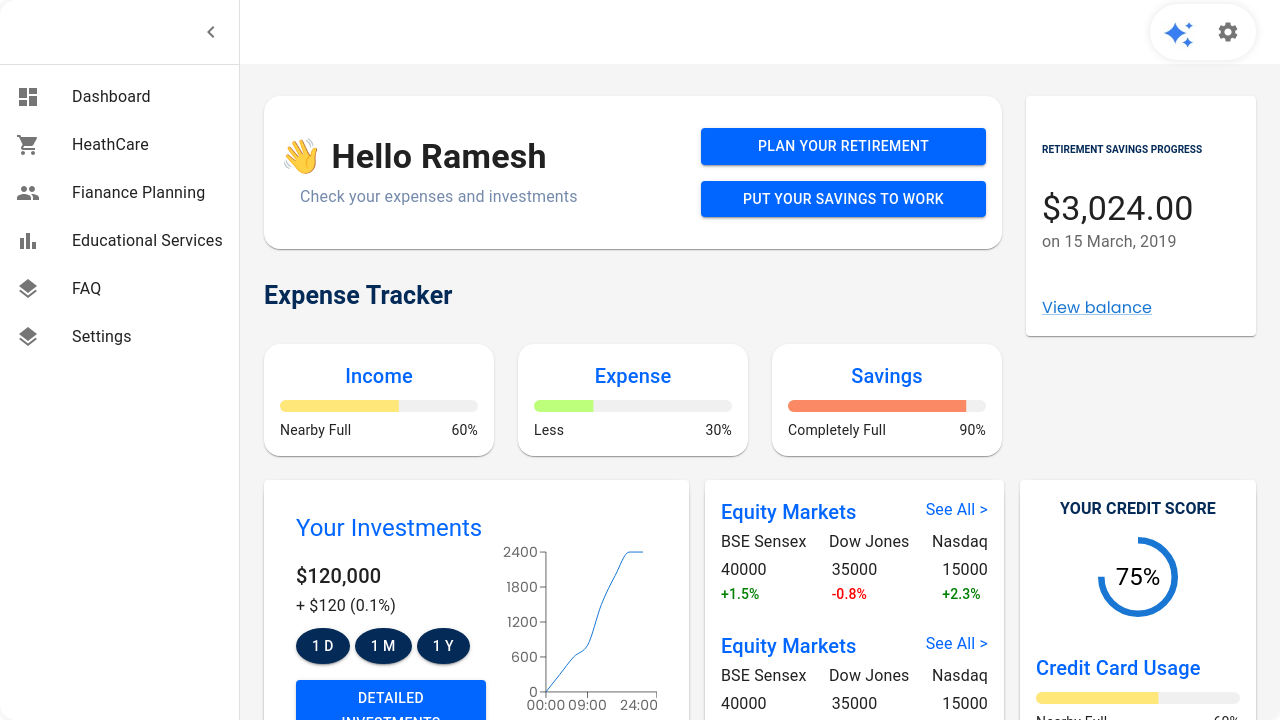
Repository: shubhampirate/TIAA_Retirement_hackathon
Page: /
These files come from the project's save history. The page is drawn as it stood at one moment and after the next save; the edit follows.
The browser window is 1280 px wide. The pictures show the whole page.
An inner scrolling area shows only its first screen. The project was rebuilt for these pictures with package versions that can differ from the ones it lists, and the page was loaded fresh each time. Also part of the build but not shown: src/Components/CustomButton.jsx, src/Components/Navbar.jsx, src/Components/Properties.jsx, src/Components/Footer.jsx, src/Components/Hero.jsx, src/pages/Sign_In.jsx.

Above is the page before, as saved 2023-11-15 15:07:00.

### src/index.css
@import url("https://fonts.googleapis.com/css2?family=Poppins:wght@400;500;700&display=swap");

* {
  margin: 0;
  padding: 0;
  box-sizing: border-box;
  font-family: "Poppins", sans-serif;
}

body {
  margin: 0;
  -webkit-font-smoothing: antialiased;
  -moz-osx-font-smoothing: grayscale;
}

code {
  font-family: source-code-pro, Menlo, Monaco, Consolas, "Courier New",
    monospace;
}

### src/App.jsx
import Hero from "./Components/Hero";
import SignIn from "./pages/Sign_In";
import Dashboard from "./Components/Dashboard";

function App() {
  return (
    <>
      {/* <Hero /> */}
      {/* <SignIn/> */}
      <Dashboard />
    </>
  );
}

export default App;

### src/Components/Dashboard.jsx
import * as React from 'react';
import { styled, createTheme, ThemeProvider } from '@mui/material/styles';
import CssBaseline from '@mui/material/CssBaseline';
import MuiDrawer from '@mui/material/Drawer';
import Box from '@mui/material/Box';
import MuiAppBar from '@mui/material/AppBar';
import Toolbar from '@mui/material/Toolbar';
import List from '@mui/material/List';
import Typography from '@mui/material/Typography';
import Divider from '@mui/material/Divider';
import IconButton from '@mui/material/IconButton';
// import Badge from '@mui/material/Badge';
import Container from '@mui/material/Container';
import Grid from '@mui/material/Grid';
import Paper from '@mui/material/Paper';
// import Link from '@mui/material/Link';
import MenuIcon from '@mui/icons-material/Menu';
import ChevronLeftIcon from '@mui/icons-material/ChevronLeft';
// import NotificationsIcon from '@mui/icons-material/Notifications';
import SettingsIcon from '@mui/icons-material/Settings';
import { mainListItems } from './listItems';
// import Chart from './Chart';
import Deposits from './Deposits';

import heroImg_3 from "../media/img_3.jpeg";
import Button from '@mui/material/Button';
import LinearProgress from '@mui/material/LinearProgress';
import YourComponent from './YourComponent';

  const Title = styled(Typography)(({ theme }) => ({
    fontSize: "25px",
    color: "#042A57",
    fontWeight: "bold",
    textAlign: "left",
    margin: theme.spacing(4, 0, 4, 0),
    [theme.breakpoints.down("sm")]: {
      fontSize: "30px",
    },
  }));
const drawerWidth = 240;

const AppBar = styled(MuiAppBar, {
  shouldForwardProp: (prop) => prop !== 'open',
})(({ theme, open }) => ({
  zIndex: theme.zIndex.drawer + 1,
  transition: theme.transitions.create(['width', 'margin'], {
    easing: theme.transitions.easing.sharp,
    duration: theme.transitions.duration.leavingScreen,
  }),
  ...(open && {
    marginLeft: drawerWidth,
    width: `calc(100% - ${drawerWidth}px)`,
    transition: theme.transitions.create(['width', 'margin'], {
      easing: theme.transitions.easing.sharp,
      duration: theme.transitions.duration.enteringScreen,
    }),
  }),
}));


const ProgressBarBox = ({ title, value }) => {
    let indicatorText = '';
    let color = '';

    if (value <= 30) {
      indicatorText = 'Less';
      color = '#BDFF7B';
    } else if (value <= 70) {
      indicatorText = 'Nearby Full';
      color = '#FFE779';
    } else {
      indicatorText = 'Completely Full';
      color = '#FC8965';
    }

    return (
      <Grid item xs={12} sm={6} md={4}>
        <Paper
          sx={{
            p: 2,
            display: 'flex',
            flexDirection: 'column',
            alignItems: 'center',
            borderRadius: '16px',
          }}
        >
          <Typography variant="h6" sx={{ mb: 1, color: "#0066FF" }}>
            {title}
          </Typography>
          <LinearProgress
          variant="determinate"
          value={value}
          sx={{
            width: '100%',
            height: '12px',
            borderRadius: '8px',
            backgroundColor: '#f0f0f0',
            marginBottom: '8px',
            '& .MuiLinearProgress-bar': {
              backgroundColor: color,
            },
          }}
        />

          <Box
          sx={{
            display: 'flex',
            justifyContent: 'space-between',
            width: '100%',

          }}
        >
          <Typography variant="body2">{indicatorText}</Typography>
          <Typography variant="body2">{value}%</Typography>
        </Box>
        </Paper>
      </Grid>
    );
  };
const Drawer = styled(MuiDrawer, { shouldForwardProp: (prop) => prop !== 'open' })(
  ({ theme, open }) => ({
    '& .MuiDrawer-paper': {
      position: 'relative',
      whiteSpace: 'nowrap',
      width: drawerWidth,
      transition: theme.transitions.create('width', {
        easing: theme.transitions.easing.sharp,
        duration: theme.transitions.duration.enteringScreen,
      }),
      boxSizing: 'border-box',
      ...(!open && {
        overflowX: 'hidden',
        transition: theme.transitions.create('width', {
          easing: theme.transitions.easing.sharp,
          duration: theme.transitions.duration.leavingScreen,
        }),
        width: theme.spacing(7),
        [theme.breakpoints.up('sm')]: {
          width: theme.spacing(9),
        },
      }),
    },
  }),
);

// TODO remove, this demo shouldn't need to reset the theme.
const defaultTheme = createTheme();

export default function Dashboard() {
  const [open, setOpen] = React.useState(true);
  const toggleDrawer = () => {
    setOpen(!open);
  };

  return (
    <ThemeProvider theme={defaultTheme}>
      <Box sx={{ display: 'flex', borderRadius: '16px', overflow: 'hidden', boxShadow: '0px 0px 10px rgba(0, 0, 0, 0.1)' }} >
        <CssBaseline />
        <AppBar position="absolute" open={open} sx={{ backgroundColor: "#fff", boxShadow: 'none' }}>
  <Toolbar
    sx={{
      pr: '24px', // keep right padding when drawer closed
      display: 'flex',
      alignItems: 'center',
      justifyContent: 'space-between',
    }}
  >
    <Box sx={{ display: 'flex', alignItems: 'center' }}>
      <IconButton
        edge="start"
        aria-label="open drawer"
        onClick={toggleDrawer}
        sx={{
          marginRight: '36px',
          ...(open && { display: 'none' }),
        }}
      >
        <MenuIcon />
      </IconButton>

    </Box>

    <Box sx={{ display: 'flex', alignItems: 'center', boxShadow: '0px 0px 10px rgba(0, 0, 0, 0.1)', borderRadius: '40px', padding: '8px' }}>
  {/* User profile image */}
  <img
    src={heroImg_3}
    alt="User Profile"
    style={{ borderRadius: '50%', width: '40px', height: '40px', marginRight: '10px' }}
  />

  {/* Settings button */}
  <IconButton >

    <SettingsIcon />
  </IconButton>
</Box>
  </Toolbar>
</AppBar>

        <Drawer variant="permanent" open={open}>
          <Toolbar
            sx={{
              display: 'flex',
              alignItems: 'center',
              justifyContent: 'flex-end',
              px: [1],
            }}
          >
            <IconButton onClick={toggleDrawer}>
              <ChevronLeftIcon />
            </IconButton>
          </Toolbar>
          <Divider />
          <List component="nav">
            {mainListItems}
            {/* <Divider sx={{ my: 1 }} /> */}
            {/* {secondaryListItems} */}
          </List>
        </Drawer>
        <Box
          component="main"
          sx={{
            backgroundColor: (theme) =>
              theme.palette.mode === 'light'
                ? theme.palette.grey[100]
                : theme.palette.grey[900],
            flexGrow: 1,
            height: '100vh',
            overflow: 'auto',

          }}
        >
          <Toolbar />
          <Container maxWidth="lg" sx={{ mt: 4, mb: 4 }}>
            <Grid container spacing={3}>

            <Grid item xs={12} md={8} lg={9}>
  <Paper
    sx={{
      p: 2,
      display: 'flex',
      flexDirection: 'column',
      alignItems: 'center',
      borderRadius: '16px', // Adjust the value as needed for more or less curvature
    }}
  >
    {/* Left side content */}
    <Grid container spacing={2} alignItems="center">
      <Grid item xs={12} md={7 }>
        <Typography variant="h4" sx={{ mb: 1, fontWeight: 'bold'}}>
        👋  Hello Ramesh
        </Typography>
        <Typography variant="body1" sx={{color:"#748AAB", paddingLeft:"20px"}}>
          Check your expenses and investments
        </Typography>
      </Grid>

      {/* Right side content */}
      <Grid item xs={12} md={5} sx={{ display: 'flex', flexDirection: 'column', alignItems: 'center' }}>
        <Button variant="contained"  sx={{ width: '100%', backgroundColor: '#0066FF', color: '#fff', mb: { xs: 1, md: 2 } ,mt:{xs:0, md:2}  }}>
        Plan your retirement
        </Button>
        <Button variant="contained"  sx={{ width: '100%', backgroundColor: '#0066FF', color: '#fff', mb:{xs:1, md:2} }}>
        Put your savings to work
        </Button>
      </Grid>
    </Grid>
  </Paper>
  <Title variant="h4" sx={{color: "#042A57"}}>
             Expense Tracker
            </Title>
            <Grid container spacing={3}>
      <ProgressBarBox title="Income" value={60} />
      <ProgressBarBox title="Expense" value={30} />
      <ProgressBarBox title="Savings" value={90} />
    </Grid>
</Grid>


               {/* Recent Deposits */}
              <Grid item xs={12} md={4} lg={3}>
                <Paper
                  sx={{
                    p: 2,
                    display: 'flex',
                    flexDirection: 'column',
                    height: 240,
                  }}
                >
                  <Deposits />
                </Paper>
              </Grid>
              {/* Recent Orders */}
              <Grid item xs={12}>
                {/* <Paper sx={{ p: 2, display: 'flex', flexDirection: 'column' }}> */}
                  <YourComponent />
                {/* </Paper> */}
              </Grid>
            </Grid>

          </Container>
        </Box>
      </Box>
    </ThemeProvider>
  );
}

### src/Components/listItems.jsx
import * as React from 'react';
import ListItemButton from '@mui/material/ListItemButton';
import ListItemIcon from '@mui/material/ListItemIcon';
import ListItemText from '@mui/material/ListItemText';
import ListSubheader from '@mui/material/ListSubheader';
import DashboardIcon from '@mui/icons-material/Dashboard';
import ShoppingCartIcon from '@mui/icons-material/ShoppingCart';
import PeopleIcon from '@mui/icons-material/People';
import BarChartIcon from '@mui/icons-material/BarChart';
import LayersIcon from '@mui/icons-material/Layers';
import AssignmentIcon from '@mui/icons-material/Assignment';

export const mainListItems = (
  <React.Fragment>
    <ListItemButton>
      <ListItemIcon>
        <DashboardIcon />
      </ListItemIcon>
      <ListItemText primary="Dashboard" />
    </ListItemButton>
    <ListItemButton>
      <ListItemIcon>
        <ShoppingCartIcon />
      </ListItemIcon>
      <ListItemText primary="HeathCare" />
    </ListItemButton>
    <ListItemButton>
      <ListItemIcon>
        <PeopleIcon />
      </ListItemIcon>
      <ListItemText primary="Fianance Planning" />
    </ListItemButton>
    <ListItemButton>
      <ListItemIcon>
        <BarChartIcon />
      </ListItemIcon>
      <ListItemText primary="Educational Services" />
    </ListItemButton>
    <ListItemButton>
      <ListItemIcon>
        <LayersIcon />
      </ListItemIcon>
      <ListItemText primary="FAQ" />
    </ListItemButton>
    <ListItemButton>
      <ListItemIcon>
        <LayersIcon />
      </ListItemIcon>
      <ListItemText primary="Settings" />
    </ListItemButton>
  </React.Fragment>
);

// export const secondaryListItems = (
//   <React.Fragment>
//     <ListSubheader component="div" inset>
//       Saved reports
//     </ListSubheader>
//     <ListItemButton>
//       <ListItemIcon>
//         <AssignmentIcon />
//       </ListItemIcon>
//       <ListItemText primary="Current month" />
//     </ListItemButton>
//     <ListItemButton>
//       <ListItemIcon>
//         <AssignmentIcon />
//       </ListItemIcon>
//       <ListItemText primary="Last quarter" />
//     </ListItemButton>
//     <ListItemButton>
//       <ListItemIcon>
//         <AssignmentIcon />
//       </ListItemIcon>
//       <ListItemText primary="Year-end sale" />
//     </ListItemButton>
//   </React.Fragment>
// );

### src/Components/Deposits.jsx
import * as React from 'react';
import Link from '@mui/material/Link';
import Typography from '@mui/material/Typography';
// import Title from './Title';
import { styled, createTheme, ThemeProvider } from '@mui/material/styles';
function preventDefault(event) {
  event.preventDefault();
}
const Title = styled(Typography)(({ theme }) => ({
  fontSize: "10px",
  color: "#042A57",
  fontWeight: "bold",
  textAlign: "left",
  margin: theme.spacing(4, 0, 4, 0),
  [theme.breakpoints.down("sm")]: {
    fontSize: "20px",
  },
}))
export default function Deposits() {
  return (
    <React.Fragment>
<Title variant="h4" sx={{color: "#042A57"}}>
RETIREMENT SAVINGS PROGRESS
            </Title>
      {/* <Title>Recent Deposits</Title> */}
      <Typography component="p" variant="h4">
        $3,024.00
      </Typography>
      <Typography color="text.secondary" sx={{ flex: 1 }}>
        on 15 March, 2019
      </Typography>
      <div>
        <Link color="primary" href="#" onClick={preventDefault}>
          View balance
        </Link>
      </div>
    </React.Fragment>
  );
}

### src/Components/YourComponent.jsx
import React from 'react';
import { Box,Grid, Paper, Typography, CircularProgress, LinearProgress, Button } from '@mui/material';
import Chart from './Chart';
// import ArrowForwardIcon from '@mui/icons-material/ArrowForward';



const InvestmentsBox = () => (
  <Paper sx={{ p: 4, display: 'flex', flexDirection: 'column', alignItems: 'center' }}>
    <div style={{ display: 'flex', justifyContent: 'space-between', width: '100%' }}>
      <div style={{ textAlign: 'left' }}>
        <Typography variant="h5" sx={{color: '#0066FF' }}>Your Investments</Typography>
        <Typography variant="h6" sx={{mt:2}}>$120,000</Typography>
        <Typography variant="subtitle1">+ $120 (0.1%)</Typography>
        {/* Options to choose from */}
        <div style={{ display: 'flex', marginTop: '8px' }}>
          <Button
            variant="contained"
            style={{
              backgroundColor: '#042A57',
              color: '#FFF',
              borderRadius: '70%',
              minWidth: 'unset',
              marginRight: '5px',
            }}
          >
            1 D
          </Button>
          <Button
            variant="contained"
            style={{
              backgroundColor: '#042A57',
              color: '#FFF',
              borderRadius: '50%',
              minWidth: 'unset',
              marginRight: '5px',
            }}
          >
            1 M
          </Button>
          <Button
            variant="contained"
            style={{
              backgroundColor: '#042A57',
              color: '#FFF',
              borderRadius: '50%',
              minWidth: 'unset',
            }}
          >
            1 Y
          </Button>
        </div>
        <Button variant="contained"  sx={{ width: '100%', backgroundColor: '#0066FF', color: '#fff', mb:1 ,mt:{xs:0, md:2}  }}>
        Detailed Investments
        </Button>
      </div>
      {/* Chart (replace with your actual chart component) */}
      <div style={{ width: '50%', height: '150px', backgroundColor: '#fff' }}>
        {/* Replace this div with your actual chart component */}
        <div style={{ width: '100%', height: '140%', display: 'flex', justifyContent: 'center', alignItems: 'center' }}>
          <Chart />
        </div>
      </div>
    </div>
  </Paper>
);


const EquityMarketsBox = () => {
  // Mock data for market values
  const marketData = [
    { name: 'BSE Sensex', currentPrice: 40000, increasePercentage: 1.5 },
    { name: 'Dow Jones', currentPrice: 35000, increasePercentage: -0.8 },
    { name: 'Nasdaq', currentPrice: 15000, increasePercentage: 2.3 },
  ];

  return (
    <Paper sx={{ p: 2, display: 'flex', flexDirection: 'column' }}>
  <Typography variant="h6" style={{ display: 'flex', justifyContent: 'space-between', color: '#0066FF' }}>
        Equity Markets
        <Typography variant="subtitle1" style={{ cursor: 'pointer' }}>
          See All &gt;
        </Typography>
      </Typography>
    {/* Display market names in the first line */}
    <div style={{ display: 'flex', justifyContent: 'space-between' }}>
      {marketData.map((market) => (
        <Typography key={market.name} variant="subtitle1">{market.name}</Typography>
      ))}
    </div>
    {/* Display market values in the second line */}
    <div style={{ display: 'flex', justifyContent: 'space-between' }}>
      {marketData.map((market) => (
        <div key={market.name}>
          <Typography variant="subtitle1">{market.currentPrice}</Typography>
          <Typography variant="subtitle2" style={{ color: market.increasePercentage >= 0 ? 'green' : 'red' }}>
            {market.increasePercentage >= 0 ? '+' : ''}{market.increasePercentage}%
          </Typography>
        </div>
      ))}
    </div>
 <br />
  <Typography variant="h6" style={{ display: 'flex', justifyContent: 'space-between', color: '#0066FF' }}>
        Equity Markets
        <Typography variant="subtitle1" style={{ cursor: 'pointer' }}>
          See All &gt;
        </Typography>
      </Typography>
    {/* Display market names in the first line */}
    <div style={{ display: 'flex', justifyContent: 'space-between' }}>
      {marketData.map((market) => (
        <Typography key={market.name} variant="subtitle1">{market.name}</Typography>
      ))}
    </div>
    {/* Display market values in the second line */}
    <div style={{ display: 'flex', justifyContent: 'space-between' }}>
      {marketData.map((market) => (
        <div key={market.name}>
          <Typography variant="subtitle1">{market.currentPrice}</Typography>
          <Typography variant="subtitle2" style={{ color: market.increasePercentage >= 0 ? 'green' : 'red' }}>
            {market.increasePercentage >= 0 ? '+' : ''}{market.increasePercentage}%
          </Typography>
        </div>
      ))}
    </div>

  </Paper>
);
};



// Component for the third box
  // Component for the first box
const ProgressBarBox = ({ title, value }) => {
    let indicatorText = '';
    let color = '';

    if (value <= 30) {
      indicatorText = 'Less';
      color = '#BDFF7B';
    } else if (value <= 70) {
      indicatorText = 'Nearby Full';
      color = '#FFE779';
    } else {
      indicatorText = 'Completely Full';
      color = '#FC8965';
    }

    return (
      <Grid container>
        <Typography variant="h6" sx={{ mb: 1, color: "#0066FF" }}>
          {title}
        </Typography>
        <LinearProgress
          variant="determinate"
          value={value}
          sx={{
            width: '100%',
            height: '12px',
            borderRadius: '8px',
            backgroundColor: '#f0f0f0',
            marginBottom: '8px',
            '& .MuiLinearProgress-bar': {
              backgroundColor: color,
            },
          }}
        />
        <Box
          sx={{
            display: 'flex',
            justifyContent: 'space-between',
            width: '100%',
          }}
        >
          <Typography variant="body2">{indicatorText}</Typography>
          <Typography variant="body2">{value}%</Typography>
        </Box>
      </Grid>
    );
  };

  // Component for the third box
  const CreditScoreBox = () => (
    <Paper sx={{ p: 2, display: 'flex', flexDirection: 'column', alignItems: 'center', position: 'relative' }}>
      <Typography variant="h6" sx={{mb:{xs:0, md:2}, color: "#042A57", fontSize: "16px", fontWeight: "bold"}}>YOUR CREDIT SCORE</Typography>
      {/* <br /> */}
      {/* Circular Progress Bar */}
      <div style={{ position: 'relative', width: '80px', height: '80px', marginBottom:"35px" }}>
        <CircularProgress variant="determinate" value={75} size={80} />
        {/* Display the percentage in the center of the circular progress bar */}
        <Typography
          variant="h5"
          style={{
            position: 'absolute',
            top: '50%',
            left: '50%',
            transform: 'translate(-50%, -50%)',
            color: '#000', // Adjust text color as needed
          }}
        >
          75%
        </Typography>
      </div>
      {/* <br /> */}
      {/* Include ProgressBarBox with the entire width */}
      <ProgressBarBox title="Credit Card Usage" value={60} />
    </Paper>
  );

// Main component
const YourComponent = () => (
  <Grid container spacing={2}>
    <Grid item xs={12} md={9}>
      <Grid container spacing={2} style={{ height: '100%' }}>
        <Grid item xs={12} md={8} lg={7}>
          <Paper sx={{ borderRadius: '16px' }}>
            <InvestmentsBox />
          </Paper>
        </Grid>
        <Grid item xs={12} md={4} lg={5}>
          <Paper sx={{ borderRadius: '16px' }}>
            <EquityMarketsBox />
          </Paper>
        </Grid>
      </Grid>
    </Grid>
    <Grid item xs={12} md={3}>
      <Paper sx={{ borderRadius: '16px' }}>
        <CreditScoreBox />
      </Paper>
    </Grid>
  </Grid>
);

export default YourComponent;

### src/Components/Chart.jsx
import * as React from 'react';
import { useTheme } from '@mui/material/styles';
import { LineChart, Line, XAxis, YAxis, Label, ResponsiveContainer } from 'recharts';
// import Title from './Title';

// Generate Sales Data
function createData(time, amount) {
  return { time, amount };
}

const data = [
  createData('00:00', 0),
  createData('03:00', 300),
  createData('06:00', 600),
  createData('09:00', 800),
  createData('12:00', 1500),
  createData('15:00', 2000),
  createData('18:00', 2400),
  createData('21:00', 2400),
  createData('24:00', undefined),
];

export default function Chart() {
  const theme = useTheme();

  return (
    <React.Fragment>
      {/* <Title>Today</Title> */}
      <ResponsiveContainer>
        <LineChart
          data={data}
          margin={{
            top: 40,
            right: 0,
            bottom: 0,
            left: 0,
          }}
          backgroundColor="white"

        >
          <XAxis
            dataKey="time"
            stroke={theme.palette.text.secondary}
            style={theme.typography.body2}
          />
          <YAxis
            stroke={theme.palette.text.secondary}
            style={theme.typography.body2}
          >
            {/* <Label
              angle={270}
              position="left"
              style={{
                textAnchor: 'middle',
                fill: theme.palette.text.primary,
                ...theme.typography.body1,
              }}
            >
              Sales ($)
            </Label> */}
          </YAxis>
          <Line
            isAnimationActive={false}
            type="monotone"
            dataKey="amount"
            stroke={theme.palette.primary.main}
            dot={false}
          />
        </LineChart>
      </ResponsiveContainer>
    </React.Fragment>
  );
}

Loaded but not shown: public/index.html (common file); src/index.js (common file)

After the next save:
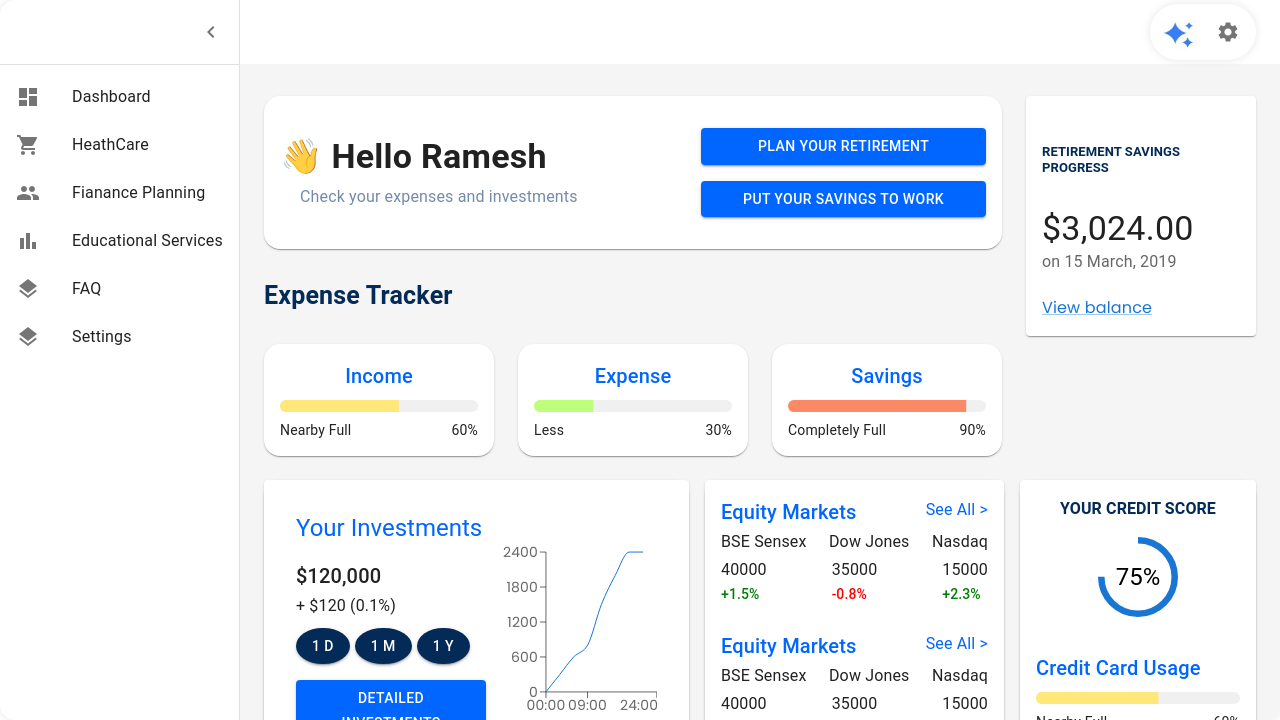
Saved 7 s later.
--- a/src/Components/Deposits.jsx
+++ b/src/Components/Deposits.jsx
@@ -7,7 +7,7 @@ function preventDefault(event) {
   event.preventDefault();
 }
 const Title = styled(Typography)(({ theme }) => ({
-  fontSize: "10px",
+  fontSize: "13px",
   color: "#042A57",
   fontWeight: "bold",
   textAlign: "left",
